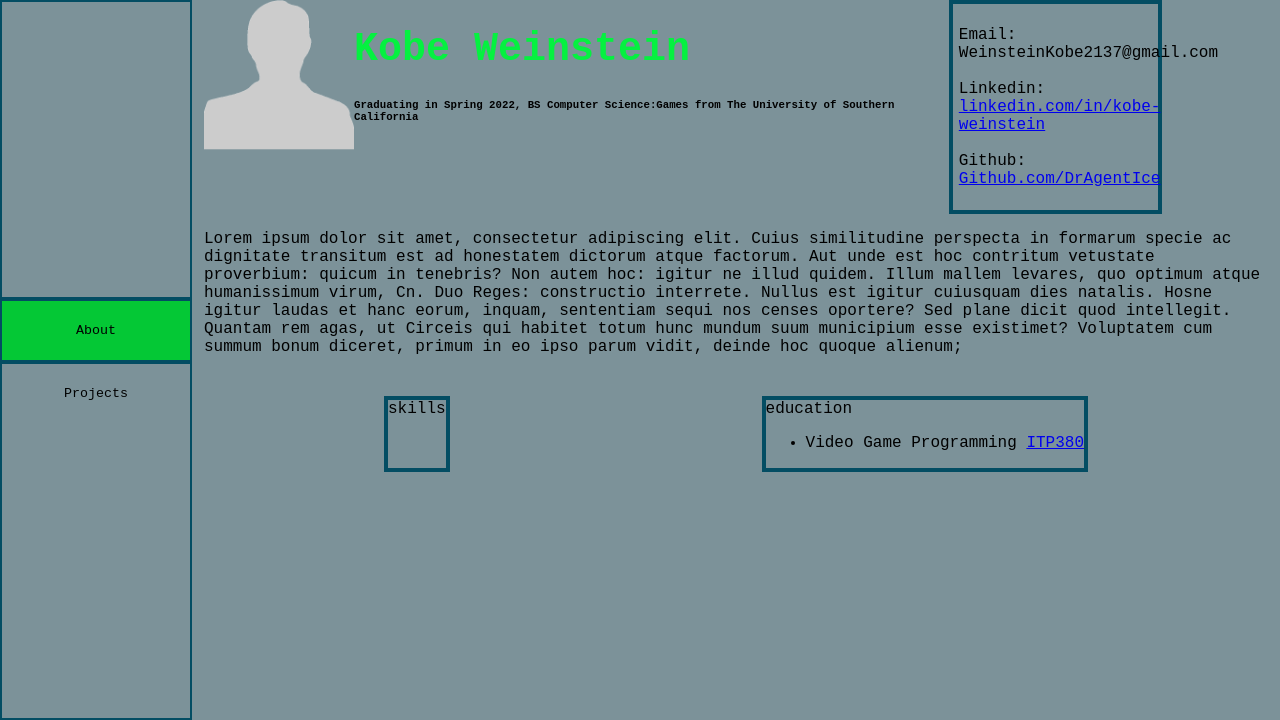
Repository: DrAngentIce/Kobe.Weinstein
Page: PortfollioSite/WebContent/Index.html
An editor plug-in stored every save of this project. The page is shown before and after the next save, followed by the edit.
The browser window is 1280 px wide. The pictures show the whole page.

Above is the page before, as saved 2021-01-15 04:23:30.

After the next save:
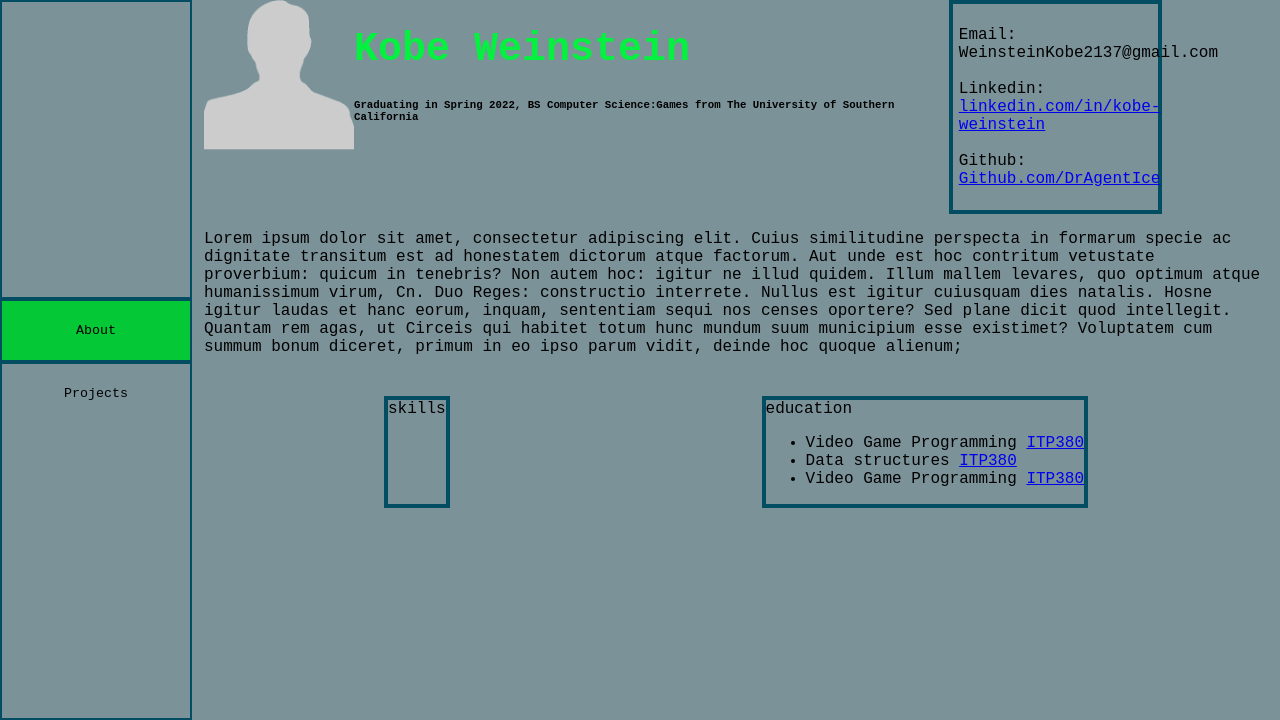
Saved 21 s later.
--- a/PortfollioSite/WebContent/Index.html
+++ b/PortfollioSite/WebContent/Index.html
@@ -242,6 +242,8 @@ function openProject(evt, projectName)
 	education
 	<ul>
 		<li>Video Game Programming <a href="https://web-app.usc.edu/soc/syllabus/20201/31902.pdf">ITP380</a></li>
+		<li>Data structures <a href="https://web-app.usc.edu/soc/syllabus/20201/31902.pdf">ITP380</a></li>
+		<li>Video Game Programming <a href="https://web-app.usc.edu/soc/syllabus/20201/31902.pdf">ITP380</a></li>
 	</ul>
 	</div>
 
